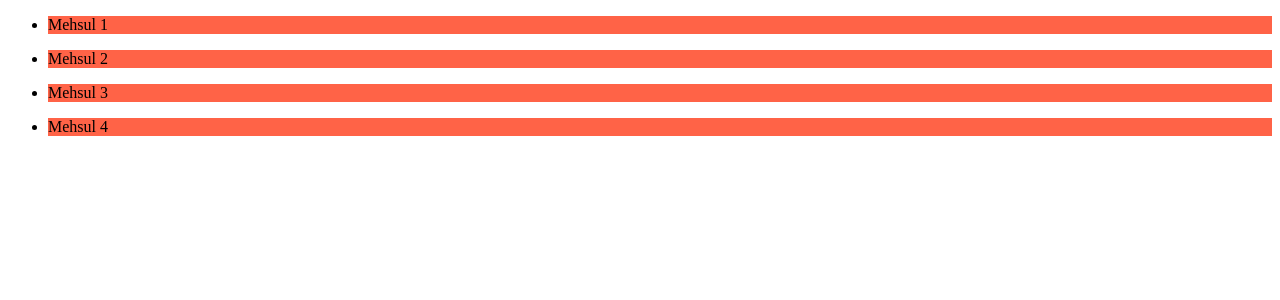
Repository: AytacSafarova/task-111
Page: index.html
The author's editor kept a copy of each file at every save. The page is drawn from the files as they stood at one save, then again after the next save.
The browser window is 1280 px wide. The pictures show the whole page.

Above is the page before, as saved 2023-09-16 18:15:18.

### index.html
<!DOCTYPE html>
<html lang="en">
  <head>
    <meta charset="UTF-8" />
    <meta name="viewport" content="width=device-width, initial-scale=1.0" />
    <title>Document</title>
    <link rel="stylesheet" href="index.css" />
  </head>
  <body>

<ul>
    <li >
        <p>Mehsul 1</p>
    </li>

    <li>
        <p>Mehsul 2</p>
    </li>

    <li>
        <p>Mehsul 3</p>
    </li>
    <li>
        <p>Mehsul 4</p>
    </li>
</ul>


  </body>
</html>

### index.css
@import url('https://fonts.googleapis.com/css2?family=Epilogue&display=swap');

li :first-child{
    background-color: tomato;
}

After the next save:
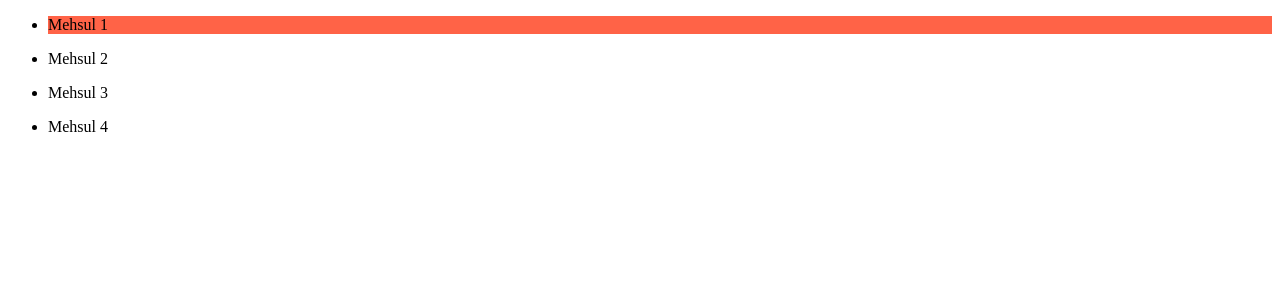
Saved 6 s later.
--- a/index.css
+++ b/index.css
@@ -1,5 +1,5 @@
 @import url('https://fonts.googleapis.com/css2?family=Epilogue&display=swap');
 
-li :first-child{
+li:first-child{
     background-color: tomato;
 }
